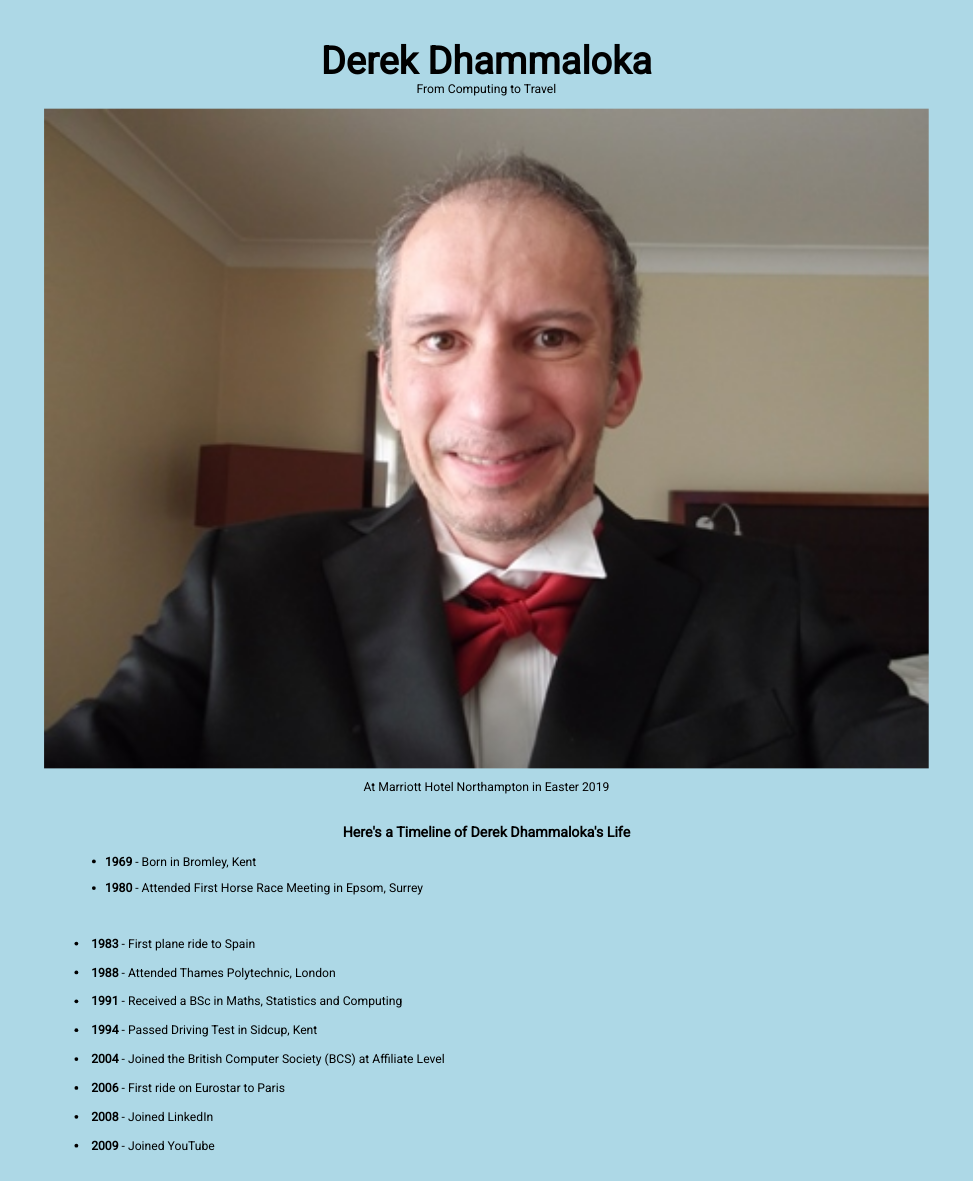
Repository: derektypist/tribute-page
Page: index.html
The author's editor kept a record of every edit. The page is drawn from the files as they stood at one moment, then again after the next edit.
The browser window is 1280 px wide. The pictures show the whole page, at 76% of full size.

Above is the page before.

After the next edit:
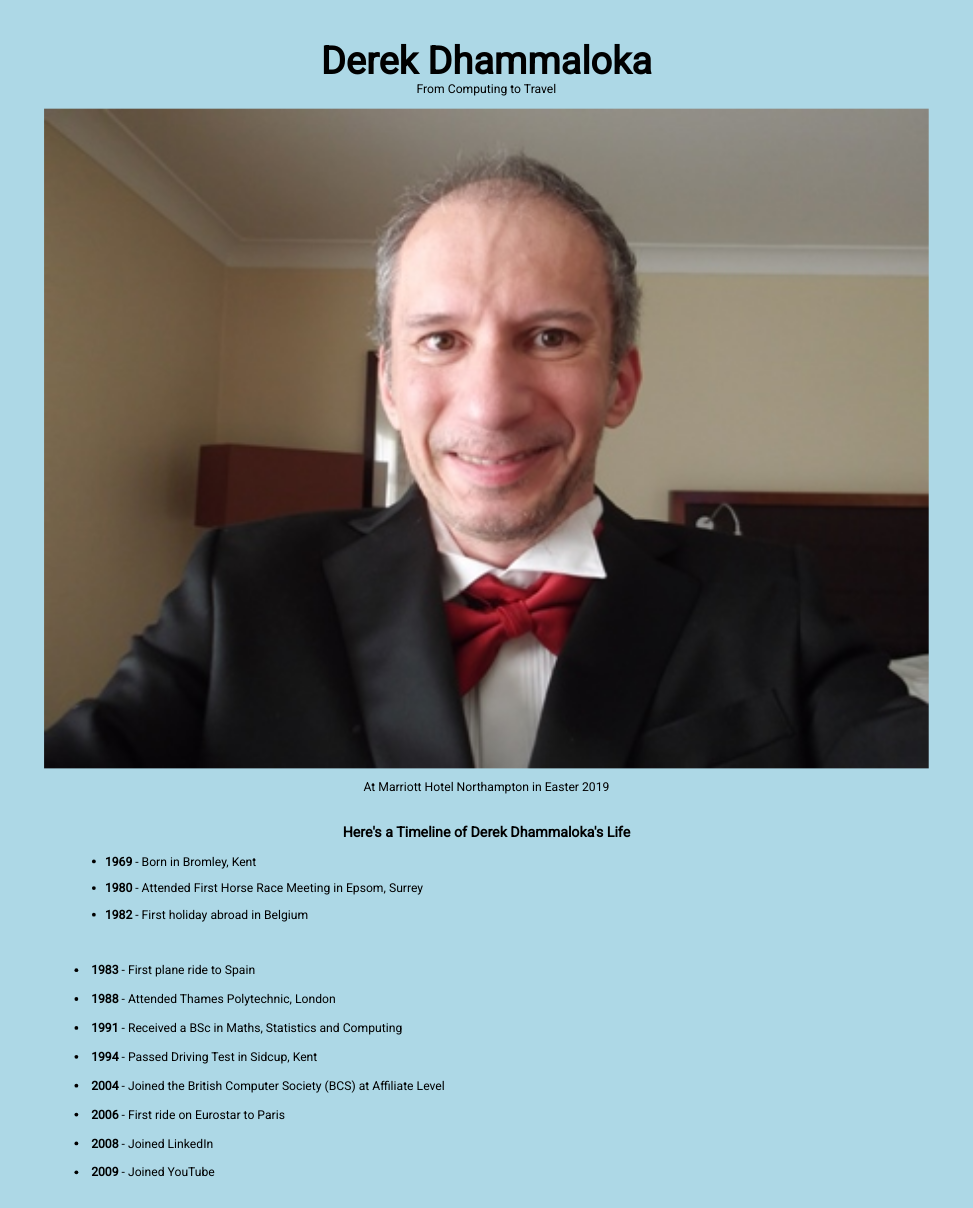
The edit:
--- a/index.html
+++ b/index.html
@@ -91,7 +91,7 @@
 
                 <!-- Display Information for 1982 -->
                 <ul>
-
+                    <li><strong>1982 </strong>- First holiday abroad in Belgium</li>
                 </ul>
 
                 <br><br>
